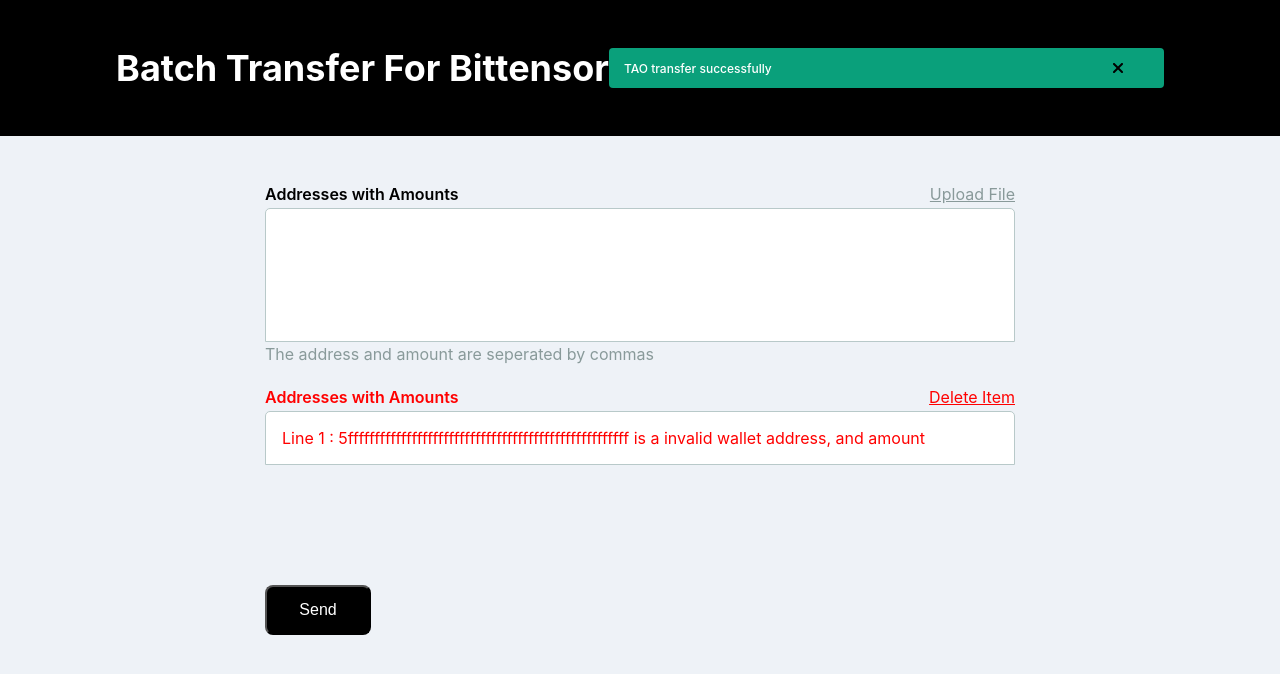
Repository: Dawid-Ace/batch_transfer_tao_master_ui
Page: /
An editor plug-in stored every save of this project. The page is shown before and after the next save, followed by the edit.
The browser window is 1280 px wide. The pictures show the whole page.
The project was rebuilt for these pictures with package versions that can differ from the ones it lists, and the page was loaded fresh each time.

Above is the page before, as saved 2023-05-10 05:03:10.

### src/App.js
import './App.css';
import { TransferForm } from './components/TransferForm';
import { TransferSuccess } from "./components/TransferSuccess"

function App() {
  return (
    <div className="app-container">
      <div className="header-container">
        Batch Transfer For Bittensor
        <TransferSuccess />
      </div>

      <div className="main-container">
        <TransferForm />
      </div>
    </div>
  );
}

export default App;

### src/App.css
.app-container {
	display: flex;
	flex-direction: column;
	position: relative;
	width: 100%;
	height: 100vh;
}

.header-container {
	display: flex;
	justify-content: center;
	align-items: center;
	padding-top: 46px;
	padding-bottom: 46px;
	background-color: black;
	font-size: 36px;
	color: white;
	font-weight: 700;
}

.main-container {
	display: flex;
	justify-content: center;
	padding-top: 46px;
	background-color: rgb(238, 242, 247);
	height: 100%;
}

### src/components/TransferForm/index.jsx
import React, { useEffect, useState } from "react";
import styled from 'styled-components';
export const TransferForm = () => {
  /*
  const fetchUserBalance = async address => {
    const res = await api.query.system.account(address);
    if (res.isEmpty) return 0;
    const { data } = res.toJSON();
    return data.free / UNIT;
  };

  const fetchAndSetUserBalance = async () => {
    const _balance = await fetchUserBalance(currentAccount.address);
    setBalance(_balance);
  };

  const getFromAccount = async () => {
    const {
      address,
      meta: { source, isInjected }
    } = currentAccount;

    if (!isInjected) {
      return [currentAccount];
    }

    // currentAccount is injected from polkadot-JS extension, need to return the addr and signer object.
    // ref: https://polkadot.js.org/docs/extension/cookbook#sign-and-send-a-transaction
    const injector = await web3FromSource(source);
    return [address, { signer: injector.signer }];
  };

  const txResHandler = ({ status }) => {
    setTxStatus({
      visible: true,
      ...(status.isFinalized
        ? { type: 'success', message: 'Success' }
        : { type: 'info', message: `Current transaction status: ${status.type}` })
    });
    if (status.isFinalized) fetchInfo();
  };

  const txErrHandler = err => {
    setTxStatus({ visible: true, type: 'error', message: `😞 Transaction Failed: ${err.toString()}` });
  };

  const submitTx = async tx => {
    setPending(true);
    const fromAccount = await getFromAccount();
    tx.signAndSend(...fromAccount, txResHandler)
      .catch(txErrHandler)
      .finally(() => setPending(false));
  };

  const onUnstake = () => {
    submitTx(api.tx.subtensorModule.removeStake(HOTKEY, Math.floor(amount * UNIT)));
  };
  */

  const [inputMode, setInputMode] = useState('input');
  const isInputMode = inputMode === 'input';

  const FlexWrapper = styled.div`
    display: flex;
    justify-content: space-between;
    items-align: center;
  `

  const Label = styled.p`
    font-weight: 600;
    font-size: 16px;
    line-height: 160%;
    margin: 0px;
  `;

  const Switch = styled.p`
    color: ${(props) => props.color || '#899A9A'};
    font-size: 16px;
    font-weight: 400;
    line-height: 160%;
    text-decoration: underline;
    margin: 0px;
    cursor: pointer;
  `

  const FormWrapper = styled.form`
    max-width: 750px;
    min-width: 750px;
    display: flex;
    flex-direction: column;
    flex-grow: 1;
    position: relative;
  `;

  const FormInput = styled.div`
    border: solid 1px #B8C9C9;
    border-top-left-radius: 5px;
    border-top-right-radius: 5px;
    padding: 16px;
    background-color: white;
    min-height: 100px;
  `

  const DragAndDrop = styled.div`
    display: flex;
    flex-direction: column;
    justify-content: center;
    align-items: center;
    gap: 17px;


    cursor: pointer;
    border: solid 1px #B8C9C9;
    border-top-left-radius: 5px;
    border-top-right-radius: 5px;
    padding: 20px;
    background-color: white;
    min-height: 100px;
  `

  const Comment = styled.div`
    color: #899A9A;
    font-weight: 400;
    font-size: 16px;
    line-height: 160%;
  `
  const SendButton = styled.button`
    width: 106px;
    height: 50px;
    background: #000000;
    border-radius: 8px;
    font-weight: 400;
    font-size: 16px;
    line-height: 160%;
    color: white;
    margin-top: 120px;
  `

  const ResultWrapper = styled.div`
    display: flex;
    flex-direction: column;
    color: ${(props) => props.color};
    border-color: red;
    margin-top: 18px;
 `

  const ResultListItem = styled.div`
    border: solid 1px #B8C9C9;
    border-top-left-radius: 5px;
    border-top-right-radius: 5px;
    padding: 16px;
    background-color: white;
  `

  return (
    <>
      <FormWrapper>
        <FlexWrapper>
          <Label> Addresses with Amounts </Label>

          <Switch onClick={() =>
            setInputMode(prev => prev === 'input' ? 'upload' : 'input')
          }>
            {isInputMode ? 'Upload File' : 'Insert Manually'}
          </Switch>
        </FlexWrapper>

        {
          isInputMode ?
            <FormInput contentEditable placeholder="Insert address and amount, seperate with comma" />
            :
            <DragAndDrop>
              <svg width="18" height="20" viewBox="0 0 18 20" fill="none" xmlns="http://www.w3.org/2000/svg">
                <path d="M1 18H17C17.2652 18 17.5196 18.1054 17.7071 18.2929C17.8946 18.4804 18 18.7348 18 19C18 19.2652 17.8946 19.5196 17.7071 19.7071C17.5196 19.8946 17.2652 20 17 20H1C0.734784 20 0.48043 19.8946 0.292893 19.7071C0.105357 19.5196 0 19.2652 0 19C0 18.7348 0.105357 18.4804 0.292893 18.2929C0.48043 18.1054 0.734784 18 1 18ZM10 15V3.414L12.293 5.707C12.4816 5.88915 12.7342 5.98995 12.9964 5.98767C13.2586 5.98539 13.5094 5.88022 13.6948 5.69482C13.8802 5.50941 13.9854 5.2586 13.9877 4.9964C13.99 4.7342 13.8892 4.4816 13.707 4.293L9.707 0.292997C9.6139 0.200353 9.50347 0.126956 9.382 0.0769973C9.26106 0.0261718 9.13119 -7.62939e-06 9 -7.62939e-06C8.86881 -7.62939e-06 8.73894 0.0261718 8.618 0.0769973C8.49653 0.126956 8.3861 0.200353 8.293 0.292997L4.293 4.293C4.19749 4.38524 4.12131 4.49559 4.0689 4.61759C4.01649 4.7396 3.9889 4.87082 3.98775 5.0036C3.9866 5.13638 4.0119 5.26805 4.06218 5.39095C4.11246 5.51385 4.18671 5.6255 4.2806 5.71939C4.3745 5.81329 4.48615 5.88754 4.60905 5.93782C4.73194 5.9881 4.86362 6.0134 4.9964 6.01225C5.12918 6.01109 5.2604 5.98351 5.3824 5.9311C5.50441 5.87869 5.61475 5.80251 5.707 5.707L8 3.414V15C8 15.2652 8.10536 15.5196 8.29289 15.7071C8.48043 15.8946 8.73478 16 9 16C9.26522 16 9.51957 15.8946 9.70711 15.7071C9.89464 15.5196 10 15.2652 10 15Z" fill="#899A9A" />
              </svg>
              <Comment>
                Drop your files or click to upload
              </Comment>
            </DragAndDrop>
        }

        <Comment>
          {isInputMode ? 'The address and amount are seperated by commas' : 'Accepted CSV/Excel/Txt'}
        </Comment>

        <ResultWrapper color='red'>
          <FlexWrapper>
            <Label> Addresses with Amounts </Label>
            <Switch color={'red'}>
              Delete Item
            </Switch>
          </FlexWrapper>

          <ResultListItem>
            Line 1 : 5fffffffffffffffffffffffffffffffffffffffffffffffffffff is a invalid wallet address, and amount
          </ResultListItem>
        </ResultWrapper>

        <SendButton>
          Send
        </SendButton>
      </FormWrapper>
    </>
  )
}

### src/components/TransferSuccess/index.jsx
import styled from 'styled-components';

export const TransferSuccess = () => {

  const TransferSuccess = styled.div`
    display: flex;
    justify-content: space-between;
    align-items: center;
    font-weight: 500;
    font-size: 12px;


    padding-left:15px;
    padding-right: 40px;

    width: 500px;
    height: 40px;
    top: 46px;

    background: #0AA07B;
    border-radius: 4px;

    margin: 0px;
  `

  return (

    <TransferSuccess>
      TAO transfer successfully
      <svg width="12" height="12" viewBox="0 0 12 12" fill="none" xmlns="http://www.w3.org/2000/svg" style={{ cursor: "pointer" }}>
        <path d="M10.7071 2.70699L7.41408 5.99999L10.7071 9.29299C10.8026 9.38524 10.8788 9.49558 10.9312 9.61759C10.9836 9.73959 11.0112 9.87081 11.0123 10.0036C11.0135 10.1364 10.9882 10.268 10.9379 10.3909C10.8876 10.5138 10.8134 10.6255 10.7195 10.7194C10.6256 10.8133 10.5139 10.8875 10.391 10.9378C10.2681 10.9881 10.1365 11.0134 10.0037 11.0122C9.8709 11.0111 9.73968 10.9835 9.61768 10.9311C9.49567 10.8787 9.38533 10.8025 9.29308 10.707L6.00008 7.41399L2.70708 10.707C2.61483 10.8025 2.50449 10.8787 2.38249 10.9311C2.26048 10.9835 2.12926 11.0111 1.99648 11.0122C1.8637 11.0134 1.73202 10.9881 1.60913 10.9378C1.48623 10.8875 1.37458 10.8133 1.28069 10.7194C1.18679 10.6255 1.11254 10.5138 1.06226 10.3909C1.01198 10.268 0.986677 10.1364 0.987831 10.0036C0.988985 9.87081 1.01657 9.73959 1.06898 9.61759C1.12139 9.49558 1.19757 9.38524 1.29308 9.29299L4.58608 5.99999L1.29308 2.70699C1.19757 2.61474 1.12139 2.5044 1.06898 2.38239C1.01657 2.26039 0.988985 2.12917 0.987831 1.99639C0.986677 1.86361 1.01198 1.73193 1.06226 1.60904C1.11254 1.48614 1.18679 1.37449 1.28069 1.28059C1.37458 1.1867 1.48623 1.11245 1.60913 1.06217C1.73202 1.01189 1.8637 0.986585 1.99648 0.987739C2.12926 0.988893 2.26048 1.01648 2.38249 1.06889C2.50449 1.1213 2.61483 1.19748 2.70708 1.29299L6.00008 4.58599L9.29308 1.29299C9.38533 1.19748 9.49567 1.1213 9.61768 1.06889C9.73968 1.01648 9.8709 0.988893 10.0037 0.987739C10.1365 0.986585 10.2681 1.01189 10.391 1.06217C10.5139 1.11245 10.6256 1.1867 10.7195 1.28059C10.8134 1.37449 10.8876 1.48614 10.9379 1.60904C10.9882 1.73193 11.0135 1.86361 11.0123 1.99639C11.0112 2.12917 10.9836 2.26039 10.9312 2.38239C10.8788 2.5044 10.8026 2.61474 10.7071 2.70699Z" fill="black" />
      </svg>

    </TransferSuccess>
  )
}

Loaded but not shown: public/index.html (common file); src/index.js (common file); src/index.css (common file); src/reportWebVitals.js (common file)

After the next save:
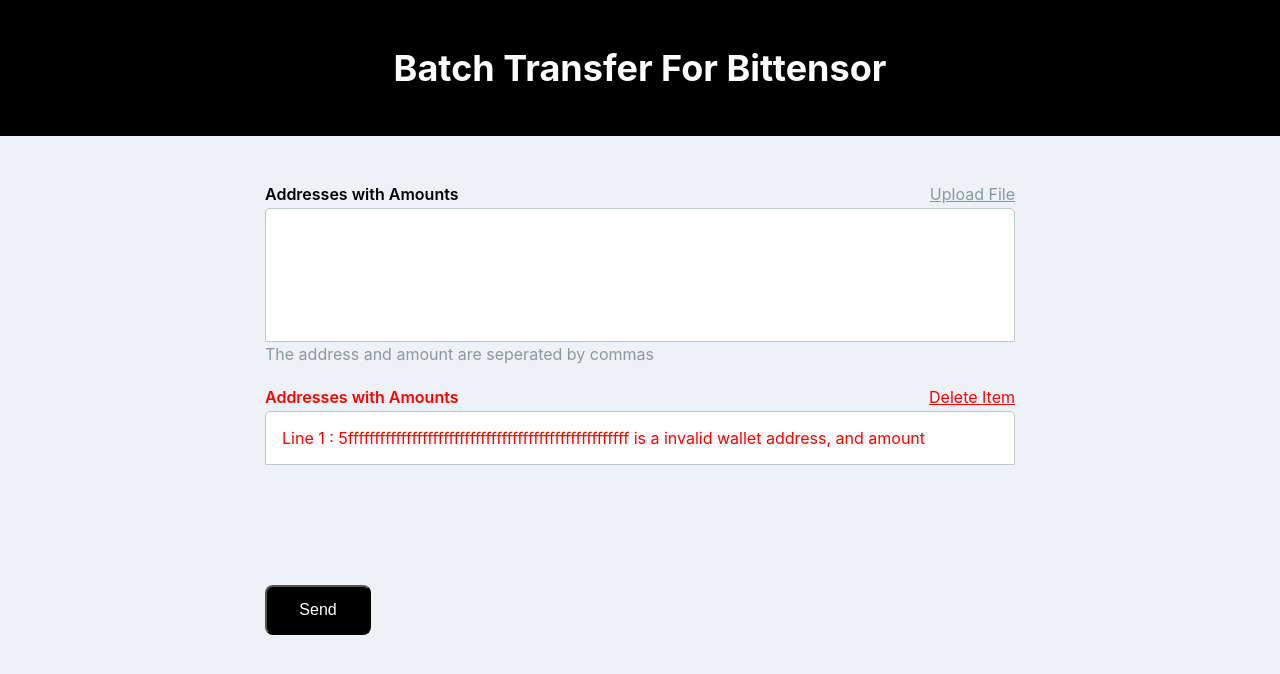
Saved 25 s later.
--- a/src/App.js
+++ b/src/App.js
@@ -1,13 +1,11 @@
 import './App.css';
 import { TransferForm } from './components/TransferForm';
-import { TransferSuccess } from "./components/TransferSuccess"
 
 function App() {
   return (
     <div className="app-container">
       <div className="header-container">
         Batch Transfer For Bittensor
-        <TransferSuccess />
       </div>
 
       <div className="main-container">
